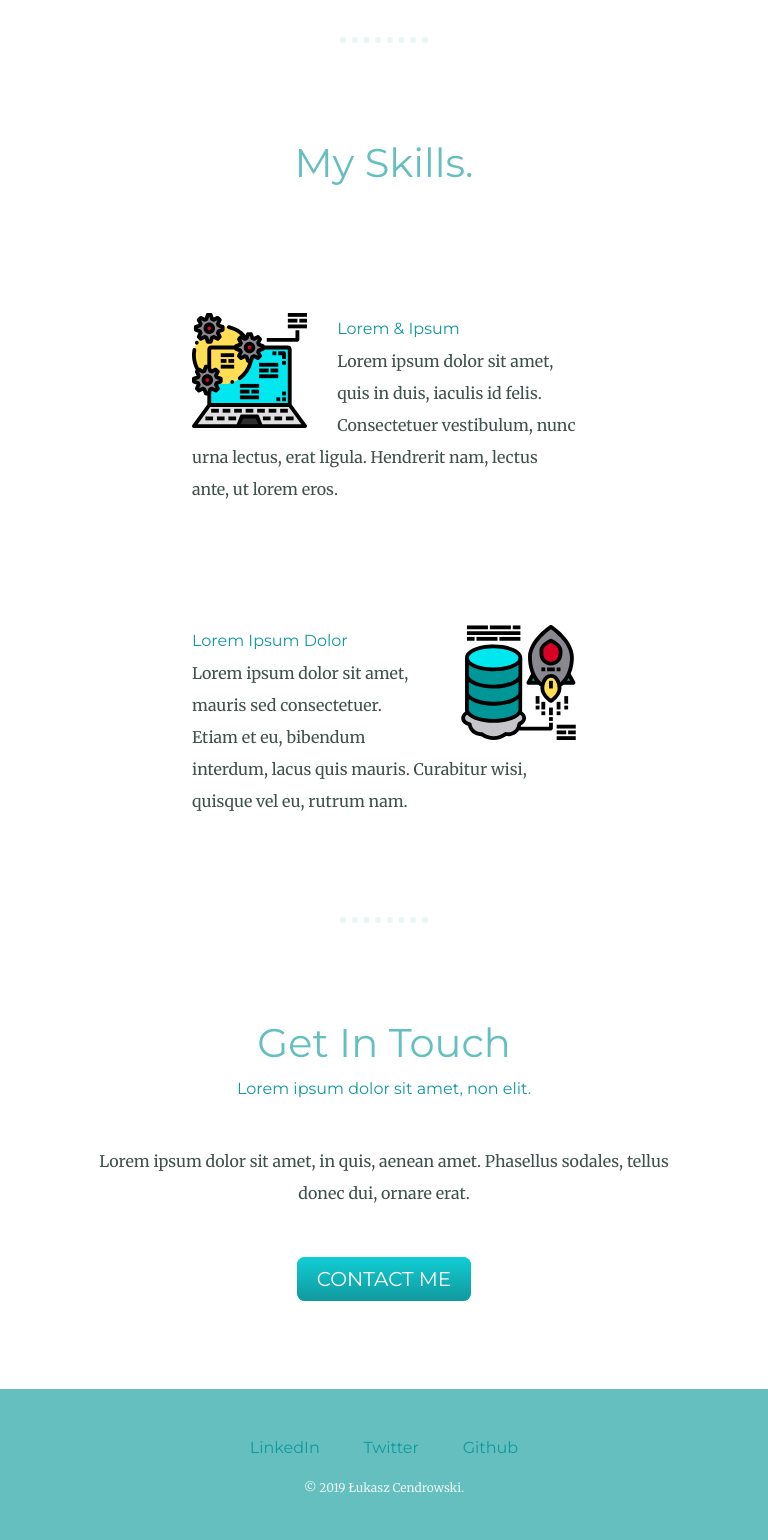
Repository: Isanderr/simple_landing_page-1
Page: index.html
An editor plug-in stored every save of this project. The page is shown before and after the next save, followed by the edit.
The browser window is 768 px wide. The pictures show the part of the page from y = 927 to 2467 px (the page is 2467 px tall before and 2403 px after).
A picture or video elsewhere on the page could not be fetched, so the positions and the page height are approximate.

Above is the page before, as saved 2019-02-01 19:34:32.

After the next save:
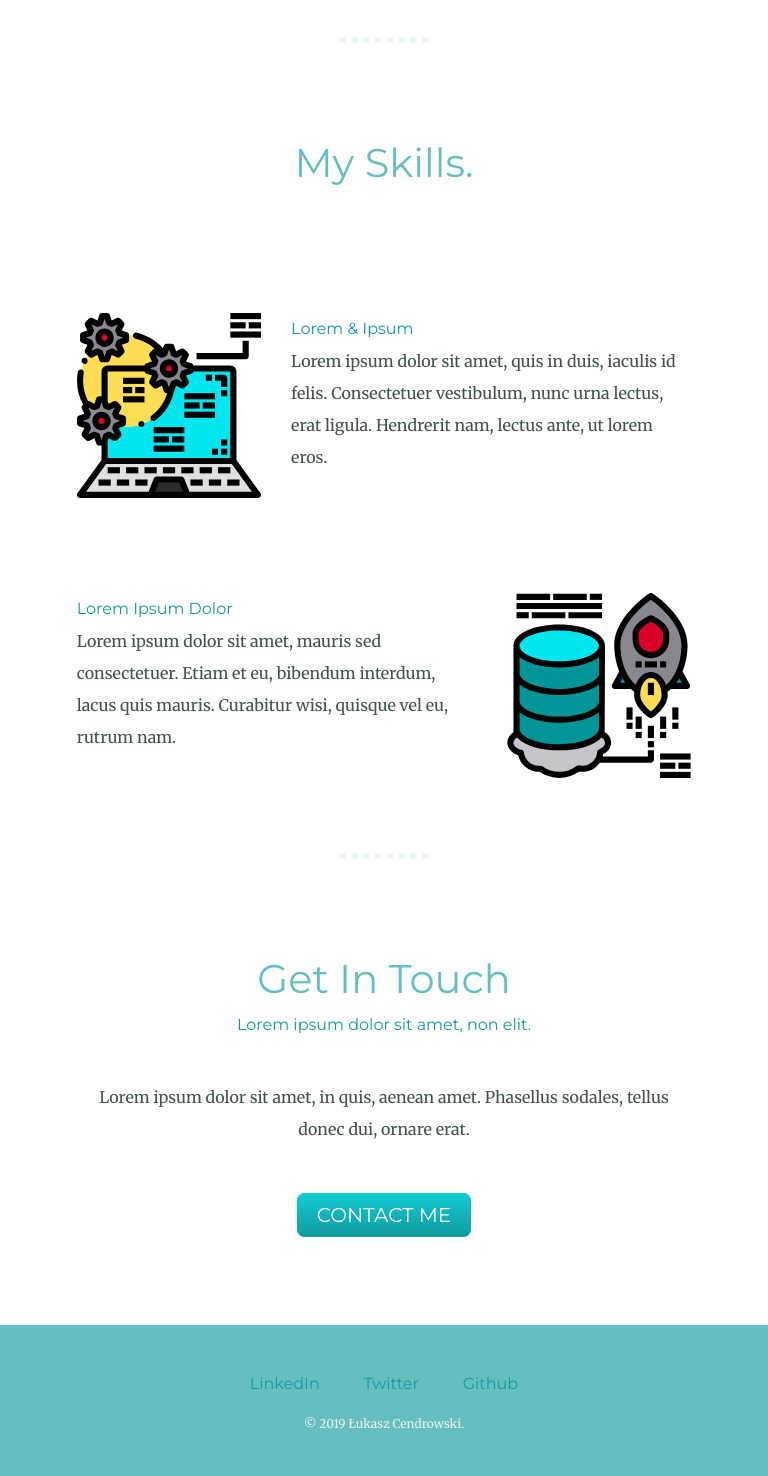
Saved 11 min 0 s later.
--- a/css/styles.css
+++ b/css/styles.css
@@ -155,5 +155,5 @@ padding: 20px 0;
  @media (max-width: 880px) {
      .contact-message {width: 80%;}
      .profile{width: 80%;}
-     .skill-row{}
+     .skill-row{width: 80%;}
  }
